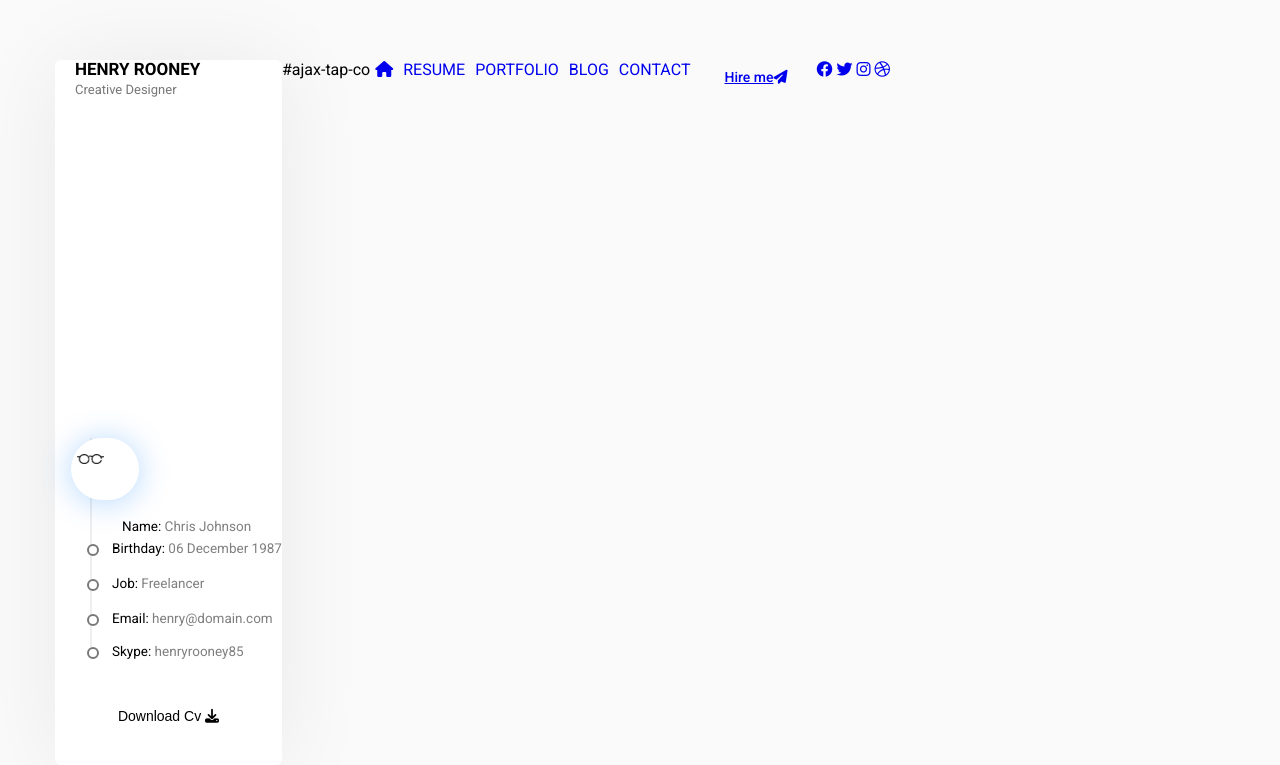
Repository: Lehuyhuynh/mat
Page: index.html
These files come from the project's save history. The page is drawn as it stood at one moment and after a run of saves; the edit follows.
The browser window is 1280 px wide. The pictures show the whole page.

Above is the page before, as saved 2023-04-12 12:26:06.

### index.html
<!DOCTYPE html>
<html lang="en">
<head>
                    <meta charset="UTF-8">
                    <meta http-equiv="X-UA-Compatible" content="IE=edge">
                    <meta name="viewport" content="width=device-width, initial-scale=1.0">
                    <title>Mat</title>
                    <link rel="stylesheet" href="style.css">
                    <link rel="preconnect" href="https://fonts.googleapis.com">
                    <link rel="preconnect" href="https://fonts.gstatic.com" crossorigin>
                     <link href="https://fonts.googleapis.com/css2?family=Roboto:wght@400;500;700;900&display=swap" rel="stylesheet">

                    <link rel="stylesheet" href="icon-fonts/font-awesome-4.7.0/css/font-awesome.min.css"/>

                    <link rel="stylesheet" href="https://cdnjs.cloudflare.com/ajax/libs/font-awesome/6.4.0/css/all.min.css" integrity="sha512-iecdLmaskl7CVkqkXNQ/ZH/XLlvWZOJyj7Yy7tcenmpD1ypASozpmT/E0iPtmFIB46ZmdtAc9eNBvH0H/ZpiBw==" crossorigin="anonymous" referrerpolicy="no-referrer" />
</head>
<body>
    <div id="preloader">

        <div class="spinner">
        </div>

    </div>

    <div class="wrapper container">

        <div class="row">

            <!-- profile section -->

            <div class="col-lg-3 col-md-4">

                <div class="profile">

                    <div class="profile-name">

                        <span class="name">Henry Rooney</span><br>

                        <span class="jod">Creative Designer</span><br>

                    </div>

                    <figure class="profile-img" src="img/profile.jpg" alt="#"> </figure>


                     <ul class="profile-information">

                        <li><p><span>Name:</span> Chris Johnson</p></li>

                        <li><p><span>Birthday:</span> 06 December 1987</p></li>

                        <li><p><span>Job:</span> Freelancer</p></li>

                        <li><p><span>Email:</span> henry@domain.com</p></li>

                        <li><p><span>Skype:</span> henryrooney85</p></li>

                    </ul>

                    <div class="col-md-12">

                         <button class="site-btn icon">Download Cv

                            <i class="fa fa-download" aria-hidden="true"></i>

                        </button>

                    </div>

                </div>

            </div>

            #ajax-tap-co
                <!-- header -->
                <div  class="row">

                <div class="col-md-8 col-sm-8-col-xs-4">

                    <ul class="tabs">
                        <li class="tab">

                          <a class="home-btn" href="#home"><i class="fa fa-home" aria-hidden="true"></i></a>

                        </li>
                        <li class="tab"><a href="#RESUME">RESUME</a></li>
                        <li class="tab"><a href="#PORTFOLIO">PORTFOLIO</a></li>
                        <li class="tab"><a href="#BLOG">BLOG</a></li>
                        <li class="tab"><a href="#CONTACT">CONTACT</a></li>

                    </ul>
                    </div>


                <div class="col-md-4 col-sm-4 col-xs-8 dynamic">

                    <a href="mailto:hi@tavonline.net" class="pull-right site-btn icon hidden-xs">Hire me<i class="fa fa-paper-plane" aria-hidden="true"></i></a>

                </div>


                <div class="hidden-md social-icons pull-right">

                    <a class="fb" href="#"><i class="fa-brands fa-facebook"></i></a>

                    <a class="tw" href="#"><i class="fa-brands fa-twitter"></i></a>

                    <a class="ins" href="#"><i class="fa-brands fa-instagram"></i></a>

                    <a class="dr" href="#"><i class="fa-brands fa-dribbble" ></i></a>

                </div>

             </div>

        </div>

    </div>
</body>
</html>

### style.css
body{
                    background-image: url(/img/bg.png) #fafafa;
                   font-family: roboto, sans-serif;
                   background:#fafafa;
                   position: relative;
                   overflow: hidden;

}

html{
                    height: 100%;
}
*{
                    margin: 0;
                    padding: 0;
                    border: 0;
                    outline: 0;
                    background: transparent;
}

.site-btn{
                    font-size: 14px;
                    font-weight: 500;
                    border-radius: 50px;
                    -webkit-border-radius:50px;
                    -moz-border-radius:50px;
                    padding: 1px 29px;
                    line-height: 35px;
}

.site-btn .icon{
                    text-align: left;
                    padding: 1px 6px 1px 19px;
}

.site-btn .icon i{
                    color: #000;
                    background: #fff;
                    margin-left: 15px;
                    border-radius: 50px;
                    font-size: 11px;
                    height: 27px;
                    width: 27px;
                    float: right;
                    text-align: center;
                    line-height: 29px;
                    margin-top: 4px;
}

p{
                    font-size: 13px;
                    color: #4c4c4c;
                    line-height: 24px;
 }

 .profile{
                    background: #fff;
                    border-radius: 6px;
                    -moz-border-radius: 6px;
                    -webkit-border-radius: 6px;
                    -o-border-radius: 6px;
                    width: 100%;
                    display: inline-block;
                    box-shadow: 0px 2px 92px 0px rgba(0, 0, 0, 0.07);
                    -webkit-box-shadow: 0px 2px 92px 0px rgba(0, 0, 0, 0.07);
                    -moz-box-shadow: 0px 2px 92px 0px rgba(0, 0, 0, 0.07);
}

.profile .name {
                    line-height: 18px;
                    padding: 20px;
                    text-transform: uppercase;
                    font-size: 17px;
                    font-weight: bold;

}
.profile .jod {
                    padding: 20px;
                    color: #777777;
                    font-size: 13px;
}

.profile-img{
                   margin-top: -18px;
                   -webkit-clip-path: polygon(0 9%, 100% 0, 100% 94%, 0% 100%);
                    clip-path: polygon(0 9%, 100% 0, 100% 94%, 0% 100%);
                    height: 380px;

}
.profile-img img{
                    width: 100%;
}

.profile-information{
                    list-style: none;
                    margin: 8px 0px 8px 35px;
}

.profile-information li{
                    border-left: 2px solid #eee;
                    padding:0 0 23px 20px;
                    font-size: 14px;
                    color: #787878;
}

ul.profile-information li p{
                    font-size: 13.5px;
                    color: #7f7f7f;
                    line-height: 12px;
}

ul.profile-information li:last-child{
                    border: 0;
                    margin-left: 2px;
                    margin-top: -2px;
}


ul.profile-information li:before{
                    content: "";
                    border: solid 2px;
                    width: 8px;
                    height: 8px;
                    border-radius: 50px;
                    -moz-border-radius: 50px;
                    -webkit-border-radius: 50px;
                    font-size: 8px;
                    margin-left: -25px;
                    margin-top: 2px;
                    font-weight: 400;
                    background: #fff;
                    display: block;
                    position: absolute;
}

ul.profile-information li span{color:#000}

ul.profile-information li:first-child{
                    padding-bottom: 10px;
                    padding-left: 30px;
                    position: relative;
}

ul.profile-information li:first-child img {
                    margin:44px -44px;
                    display: inline-block;
                    position: absolute;
                    width: 20px;
 }

 ul.profile-information li:first-child::before {

                    margin-left: -51px;
                    margin-top: -30px;
                    margin-bottom: 20px;
                    position: relative;
                    border: 0;
                    width: 40px;
                    height: 40px;
                    padding: 11px 14px;
                    box-shadow: 0px 2px 32px 0px rgba(4, 123, 248, 0.3);
}
 ul.profile-information li:first-child::after {
                    background: url(img/glasses.png) no-repeat;
                    content: '';
                    width: 30px;
                    height: 10px;
                    position: absolute;
                    top: 0;
                    left: 0;
                    margin: 16px -15px;
                    background-size: 27px 10px;
 }

.profile .site-btn{
                    margin: 18px auto 30px;
                    display: block;
}

.tabs .tab a {
                    text-decoration: none;
                    margin: 5px;
}
.col-md-4  .pull-right{
                    text-align: right;
}

.wrapper{
                    margin-top: 60px;
                    width: 1170px ;
                    background: transparent;
}
.container{
                    padding-right: 15px;
                    padding-left: 15px;
                    margin-right: auto;
                    margin-left: auto;
}
*{
                    margin: 0;
                    padding: 0;
                    border: 0;
                    outline: 0;;
                    background: transparent;
}
.row{
                    display: flex;
}



.tabs{
                    display: flex;
                    list-style-type: none;
                    text-decoration: none;

}

.tabs .tab a {
                    text-decoration: none;
                    margin: 5px;
}
.col-md-4  .pull-right{
                    text-align: right;
}

After the next 5 saves:
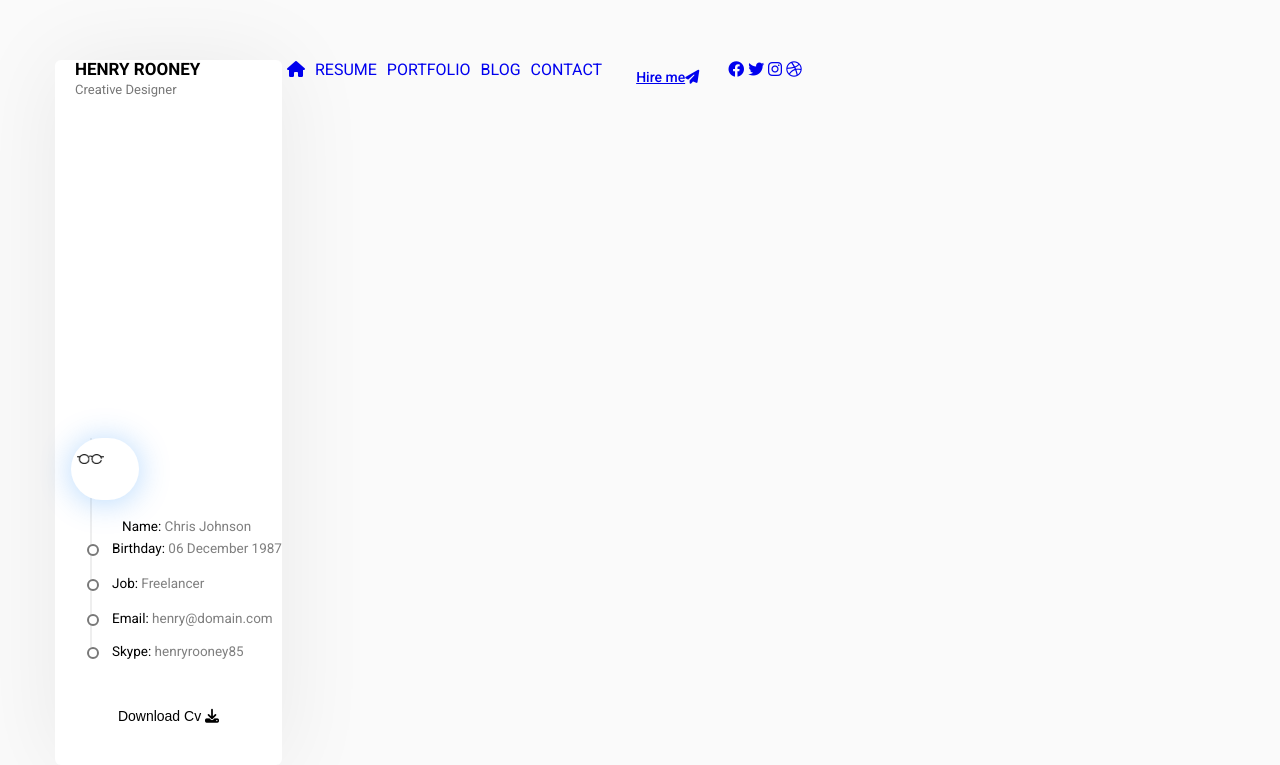
The 5 saves are shown as one change because they came seconds apart.
The last was saved 15 s later.
--- a/index.html
+++ b/index.html
@@ -71,7 +71,7 @@
 
             </div>
 
-            #ajax-tap-co
+            <div id="ajax-tap-container" class="col"></div>
                 <!-- header -->
                 <div  class="row">
 
